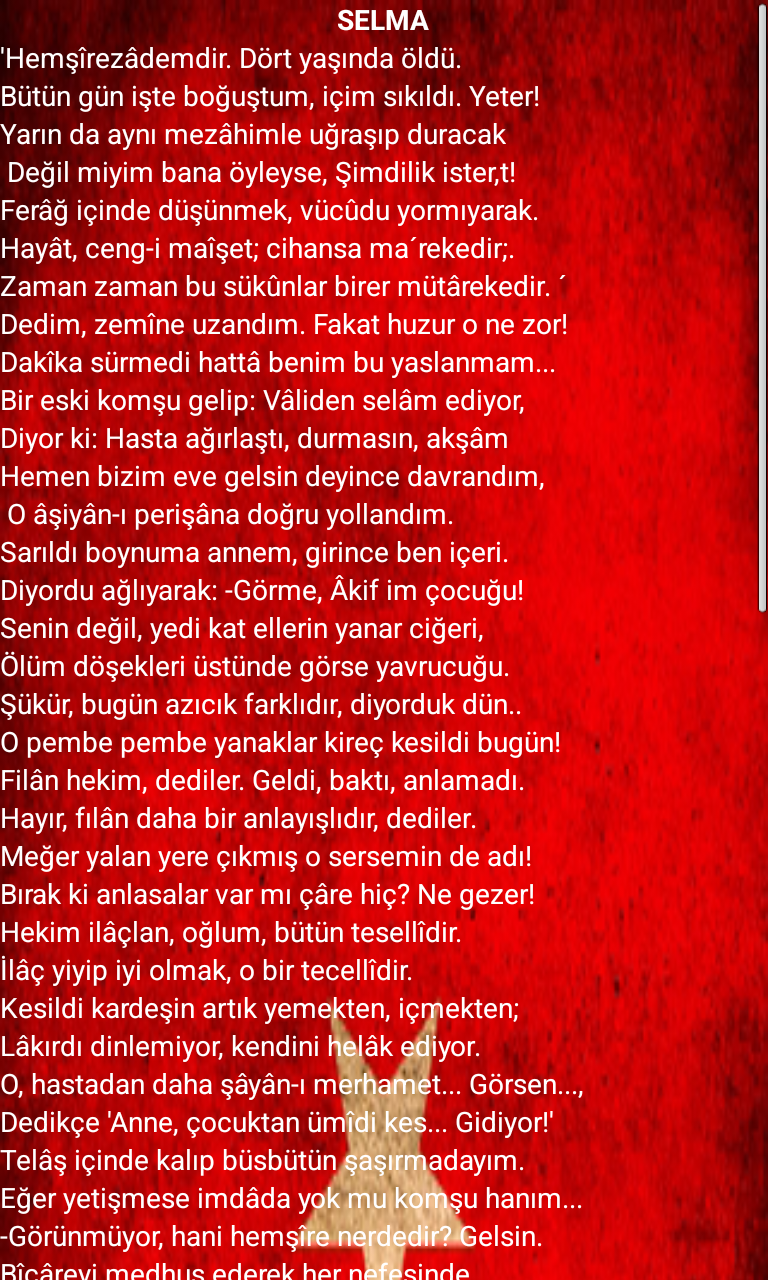
Repository: dokayazilim/Safahat-Android--Uygulamasi
Layout: safahat(android)/Safahat/res/layout/kitap12.xml
The author's editor kept a copy of each file at every save. The layout is drawn from the files as they stood at one save, then again after the next save.
It is drawn on a 768 x 1280 px phone screen (xhdpi) without system bars, with theme android:Theme; the app's code is not run.

Above is the layout before, as saved 2012-09-06 12:56:53.

### safahat(android)/Safahat/res/layout/kitap12.xml
<?xml version="1.0" encoding="utf-8"?>
<ScrollView    android:id="@+id/widget1"    android:layout_width="fill_parent"    android:layout_height="fill_parent"    xmlns:android="http://schemas.android.com/apk/res/android"    >
<LinearLayout xmlns:android="http://schemas.android.com/apk/res/android"
    android:layout_width="fill_parent"
    android:layout_height="fill_parent"
    android:orientation="vertical" android:background="@drawable/androidturk">

  <TextView
        android:id="@+id/textView1"
        android:layout_width="wrap_content"
        android:layout_height="wrap_content"
        android:text="SELMA" android:textColor="#ffffff" android:textStyle="bold" android:layout_gravity="center"/>
<TextView
        android:id="@+id/textView2"
        android:layout_width="wrap_content"
        android:layout_height="wrap_content"
        android:text="'Hemşîrezâdemdir. Dört yaşında öldü. " android:textColor="#ffffff"/>
<TextView
        android:id="@+id/textView3"
        android:layout_width="wrap_content"
        android:layout_height="wrap_content"
        android:text="Bütün gün işte boğuştum, içim sıkıldı. Yeter!" android:textColor="#ffffff"/>
<TextView
        android:id="@+id/textView4"
        android:layout_width="wrap_content"
        android:layout_height="wrap_content"
        android:text="Yarın da aynı mezâhimle uğraşıp duracak" android:textColor="#ffffff"/>
<TextView
        android:id="@+id/textView5"
        android:layout_width="wrap_content"
        android:layout_height="wrap_content"
        android:text="
Değil miyim bana öyleyse, Şimdilik ister,t!
" android:textColor="#ffffff"/>
<TextView
        android:id="@+id/textView6"
        android:layout_width="wrap_content"
        android:layout_height="wrap_content"
        android:text="Ferâğ içinde düşünmek, vücûdu yormıyarak." android:textColor="#ffffff"/>
<TextView
        android:id="@+id/textView7"
        android:layout_width="wrap_content"
        android:layout_height="wrap_content"
        android:text="Hayât, ceng-i maîşet; cihansa ma´rekedir;." android:textColor="#ffffff"/>
<TextView
        android:id="@+id/textView8"
        android:layout_width="wrap_content"
        android:layout_height="wrap_content"
        android:text="Zaman zaman bu sükûnlar birer mütârekedir. ´" android:textColor="#ffffff"/>
<TextView
        android:id="@+id/textView9"
        android:layout_width="wrap_content"
        android:layout_height="wrap_content"
        android:text="Dedim, zemîne uzandım. Fakat huzur o ne zor!" android:textColor="#ffffff"/>
<TextView
        android:id="@+id/textView10"
        android:layout_width="wrap_content"
        android:layout_height="wrap_content"
        android:text="Dakîka sürmedi hattâ benim bu yaslanmam..." android:textColor="#ffffff"/>
<TextView
        android:id="@+id/textView11"
        android:layout_width="wrap_content"
        android:layout_height="wrap_content"
        android:text="Bir eski komşu gelip: Vâliden selâm ediyor," android:textColor="#ffffff"/>
<TextView
        android:id="@+id/textView12"
        android:layout_width="wrap_content"
        android:layout_height="wrap_content"
        android:text="Diyor ki: Hasta ağırlaştı, durmasın, akşâm" android:textColor="#ffffff"/>
<TextView
        android:id="@+id/textView13"
        android:layout_width="wrap_content"
        android:layout_height="wrap_content"
        android:text="Hemen bizim eve gelsin deyince davrandım," android:textColor="#ffffff"/>
<TextView
        android:id="@+id/textView14"
        android:layout_width="wrap_content"
        android:layout_height="wrap_content"
        android:text="
O âşiyân-ı perişâna doğru yollandım.
" android:textColor="#ffffff"/>
<TextView
        android:id="@+id/textView15"
        android:layout_width="wrap_content"
        android:layout_height="wrap_content"
        android:text="Sarıldı boynuma annem, girince ben içeri." android:textColor="#ffffff"/>
<TextView
        android:id="@+id/textView16"
        android:layout_width="wrap_content"
        android:layout_height="wrap_content"
        android:text="Diyordu ağlıyarak: -Görme, Âkif im çocuğu!" android:textColor="#ffffff"/>
<TextView
        android:id="@+id/textView17"
        android:layout_width="wrap_content"
        android:layout_height="wrap_content"
        android:text="Senin değil, yedi kat ellerin yanar ciğeri," android:textColor="#ffffff"/>
<TextView
        android:id="@+id/textView18"
        android:layout_width="wrap_content"
        android:layout_height="wrap_content"
        android:text="Ölüm döşekleri üstünde görse yavrucuğu." android:textColor="#ffffff"/>
<TextView
        android:id="@+id/textView19"
        android:layout_width="wrap_content"
        android:layout_height="wrap_content"
        android:text="Şükür, bugün azıcık farklıdır, diyorduk dün.." android:textColor="#ffffff"/>
<TextView
        android:id="@+id/textView20"
        android:layout_width="wrap_content"
        android:layout_height="wrap_content"
        android:text="O pembe pembe yanaklar kireç kesildi bugün!" android:textColor="#ffffff"/>
<TextView
        android:id="@+id/textView21"
        android:layout_width="wrap_content"
        android:layout_height="wrap_content"
        android:text="Filân hekim, dediler. Geldi, baktı, anlamadı." android:textColor="#ffffff"/>
<TextView
        android:id="@+id/textView22"
        android:layout_width="wrap_content"
        android:layout_height="wrap_content"
        android:text="Hayır, fılân daha bir anlayışlıdır, dediler." android:textColor="#ffffff"/>
<TextView
        android:id="@+id/textView23"
        android:layout_width="wrap_content"
        android:layout_height="wrap_content"
        android:text="Meğer yalan yere çıkmış o sersemin de adı!" android:textColor="#ffffff"/>
<TextView
        android:id="@+id/textView24"
        android:layout_width="wrap_content"
        android:layout_height="wrap_content"
        android:text="Bırak ki anlasalar var mı çâre hiç? Ne gezer!" android:textColor="#ffffff"/>
<TextView
        android:id="@+id/textView25"
        android:layout_width="wrap_content"
        android:layout_height="wrap_content"
        android:text="Hekim ilâçlan, oğlum, bütün tesellîdir." android:textColor="#ffffff"/>
<TextView
        android:id="@+id/textView26"
        android:layout_width="wrap_content"
        android:layout_height="wrap_content"
        android:text="İlâç yiyip iyi olmak, o bir tecellîdir." android:textColor="#ffffff"/>
<TextView
        android:id="@+id/textView27"
        android:layout_width="wrap_content"
        android:layout_height="wrap_content"
        android:text="Kesildi kardeşin artık yemekten, içmekten;" android:textColor="#ffffff"/>
<TextView
        android:id="@+id/textView28"
        android:layout_width="wrap_content"
        android:layout_height="wrap_content"
        android:text="Lâkırdı dinlemiyor, kendini helâk ediyor." android:textColor="#ffffff"/>
<TextView
        android:id="@+id/textView29"
        android:layout_width="wrap_content"
        android:layout_height="wrap_content"
        android:text="O, hastadan daha şâyân-ı merhamet... Görsen...," android:textColor="#ffffff"/>
<TextView
        android:id="@+id/textView30"
        android:layout_width="wrap_content"
        android:layout_height="wrap_content"
        android:text="Dedikçe 'Anne, çocuktan ümîdi kes... Gidiyor!'" android:textColor="#ffffff"/>
<TextView
        android:id="@+id/textView31"
        android:layout_width="wrap_content"
        android:layout_height="wrap_content"
        android:text="Telâş içinde kalıp büsbütün şaşırmadayım." android:textColor="#ffffff"/>
<TextView
        android:id="@+id/textView32"
        android:layout_width="wrap_content"
        android:layout_height="wrap_content"
        android:text="Eğer yetişmese imdâda yok mu komşu hanım..." android:textColor="#ffffff"/>
<TextView
        android:id="@+id/textView33"
        android:layout_width="wrap_content"
        android:layout_height="wrap_content"
        android:text="-Görünmüyor, hani hemşîre nerdedir? Gelsin." android:textColor="#ffffff"/>
<TextView
        android:id="@+id/textView34"
        android:layout_width="wrap_content"
        android:layout_height="wrap_content"
        android:text="Bîçâreyi medhuş ederek her nefesinde," android:textColor="#ffffff"/>
<TextView
        android:id="@+id/textView35"
        android:layout_width="wrap_content"
        android:layout_height="wrap_content"
        android:text="Muztar bırakır mün'adim olmak hevesinde." android:textColor="#ffffff"/>
<TextView
        android:id="@+id/textView36"
        android:layout_width="wrap_content"
        android:layout_height="wrap_content"
        android:text="Lâkin bu heves bir heves-i dîgere mağlûb:" android:textColor="#ffffff"/>
<TextView
        android:id="@+id/textView37"
        android:layout_width="wrap_content"
        android:layout_height="wrap_content"
        android:text="İnsan yaşamak hırs-ı cibillîsine meclûb." android:textColor="#ffffff"/>
<TextView
        android:id="@+id/textView38"
        android:layout_width="wrap_content"
        android:layout_height="wrap_content"
        android:text="Her devresi bir devr-i azâb olsa hayâtın," android:textColor="#ffffff"/>
<TextView
        android:id="@+id/textView39"
        android:layout_width="wrap_content"
        android:layout_height="wrap_content"
        android:text="Râzîsi değildir yine bir türlü memâtın!" android:textColor="#ffffff"/>
<TextView
        android:id="@+id/textView40"
        android:layout_width="wrap_content"
        android:layout_height="wrap_content"
        android:text="Ömr olsa da binlerce tekâlif ile meşhûn," android:textColor="#ffffff"/>
<TextView
        android:id="@+id/textView41"
        android:layout_width="wrap_content"
        android:layout_height="wrap_content"
        android:text="İnsan yaşamaktan yine memnun, yine memnun!" android:textColor="#ffffff"/>
<TextView
        android:id="@+id/textView42"
        android:layout_width="wrap_content"
        android:layout_height="wrap_content"
        android:text="Artık neye mevkûf ise te'mîn-i bekâsı," android:textColor="#ffffff"/>
<TextView
        android:id="@+id/textView43"
        android:layout_width="wrap_content"
        android:layout_height="wrap_content"
        android:text="
Yalnız ona masrûf olur âvâre kuvâsı.
" android:textColor="#ffffff"/>
<TextView
        android:id="@+id/textView44"
        android:layout_width="wrap_content"
        android:layout_height="wrap_content"
        android:text="
Durmaz boğuşur bunca muhâcimlere rağmen,
" android:textColor="#ffffff"/>
<TextView
        android:id="@+id/textView45"
        android:layout_width="wrap_content"
        android:layout_height="wrap_content"
        android:text="Düşmez o mesâî denilen seyfı elinden." android:textColor="#ffffff"/>
<TextView
        android:id="@+id/textView46"
        android:layout_width="wrap_content"
        android:layout_height="wrap_content"
        android:text="Çıplaktır o, ister ki soğuklarda ısınsın;" android:textColor="#ffffff"/>
<TextView
        android:id="@+id/textView47"
        android:layout_width="wrap_content"
        android:layout_height="wrap_content"
        android:text="Bir dam çatarak her gece altında barınsın."

 android:textColor="#ffffff"/>
<TextView
        android:id="@+id/textView48"
        android:layout_width="wrap_content"
        android:layout_height="wrap_content"
        android:text="
İster yiyecek şey, giyecek şey, yakacak şey ..
" android:textColor="#ffffff"/>
<TextView
        android:id="@+id/textView49"
        android:layout_width="wrap_content"
        android:layout_height="wrap_content"
        android:text="Bin türlü havâic daha var bunlara der pey." android:textColor="#ffffff"/>
<TextView
        android:id="@+id/textView50"
        android:layout_width="wrap_content"
        android:layout_height="wrap_content"
        android:text="Âvâre beşer işte bu bâzâr-ı cihanda," android:textColor="#ffffff"/>
<TextView
        android:id="@+id/textView51"
        android:layout_width="wrap_content"
        android:layout_height="wrap_content"
        android:text="Her gün yeni bir kâr peşinden cevelânda." android:textColor="#ffffff"/>
<TextView
        android:id="@+id/textView52"
        android:layout_width="wrap_content"
        android:layout_height="wrap_content"
        android:text="
Maksad bu kadar dağdağadan bir yaşamaktır...
" android:textColor="#ffffff"/>
<TextView
        android:id="@+id/textView53"
        android:layout_width="wrap_content"
        android:layout_height="wrap_content"
        android:text="Lâkin bunun altında ne maksad olacaktır?" android:textColor="#ffffff"/>
<TextView
        android:id="@+id/textView54"
        android:layout_width="wrap_content"
        android:layout_height="wrap_content"
        android:text="Heyhât, onu idrâk için i'mâl-i hayâle" android:textColor="#ffffff"/>
<TextView
        android:id="@+id/textView55"
        android:layout_width="wrap_content"
        android:layout_height="wrap_content"
        android:text="Yok vakti: Bütün demleri mevkûf cidâle!" android:textColor="#ffffff"/>
<TextView
        android:id="@+id/textView56"
        android:layout_width="wrap_content"
        android:layout_height="wrap_content"
        android:text="İnsan ki onun rûh ile insanlığı kâim," android:textColor="#ffffff"/>
<TextView
        android:id="@+id/textView57"
        android:layout_width="wrap_content"
        android:layout_height="wrap_content"
        android:text="Dâim oluyon cisminin âmâline hâdim;

" android:textColor="#ffffff"/>
<TextView
        android:id="@+id/textView58"
        android:layout_width="wrap_content"
        android:layout_height="wrap_content"
        android:text="Gelseydi eğer rûhunu i'lâya da nevbet," android:textColor="#ffffff"/>
<TextView
        android:id="@+id/textView59"
        android:layout_width="wrap_content"
        android:layout_height="wrap_content"
        android:text="Anlardı nedir, belki, hayâtındaki gâyet." android:textColor="#ffffff"/>
<TextView
        android:id="@+id/textView60"
        android:layout_width="wrap_content"
        android:layout_height="wrap_content"
        android:text="Bir anladığım varsa şudur: Hâlik-ı âlem," android:textColor="#ffffff"/>
<TextView
        android:id="@+id/textView61"
        android:layout_width="wrap_content"
        android:layout_height="wrap_content"
        android:text="Hilkat kalıversin, diye bir ukde-i mübhem," android:textColor="#ffffff"/>
<TextView
        android:id="@+id/textView62"
        android:layout_width="wrap_content"
        android:layout_height="wrap_content"
        android:text="
Daldırmada insanları hâcât-ı hayâta,
" android:textColor="#ffffff"/>
<TextView
        android:id="@+id/textView63"
        android:layout_width="wrap_content"
        android:layout_height="wrap_content"
        android:text="Döndürmede ezhânı bütün başka cihâta." android:textColor="#ffffff"/>
<TextView
        android:id="@+id/textView64"
        android:layout_width="wrap_content"
        android:layout_height="wrap_content"
        android:text="Ömrün öteden berk-süvârâne şitâbı," android:textColor="#ffffff"/>
<TextView
        android:id="@+id/textView65"
        android:layout_width="wrap_content"
        android:layout_height="wrap_content"
        android:text="Iyşin beriden lâzım-ı bî-hadd ü hesâbı," android:textColor="#ffffff"/>
<TextView
        android:id="@+id/textView66"
        android:layout_width="wrap_content"
        android:layout_height="wrap_content"
        android:text="
Göstermede dünyâya, nedir maksad-ı Hâlik...
" android:textColor="#ffffff"/>
<TextView
        android:id="@+id/textView67"
        android:layout_width="wrap_content"
        android:layout_height="wrap_content"
        android:text="'Kimden kime şekvâ edelim biz de şaşırdık!'" android:textColor="#ffffff"/>
<TextView
        android:id="@+id/textView68"
        android:layout_width="wrap_content"
        android:layout_height="wrap_content"
        android:text="'Değerli ömrüm, yazın ne yiyeyim kışın," android:textColor="#ffffff"/>
<TextView
        android:id="@+id/textView69"
        android:layout_width="wrap_content"
        android:layout_height="wrap_content"
        android:text=" Ne giyeyim derken harcandı gitti.'" android:textColor="#ffffff"/>
<TextView
        android:id="@+id/textView70"
        android:layout_width="wrap_content"
        android:layout_height="wrap_content"
        android:text="Mehmet Akif ERSOY" android:textColor="#ffffff" android:textStyle="bold"/>
</LinearLayout>
</ScrollView>

After the next save:
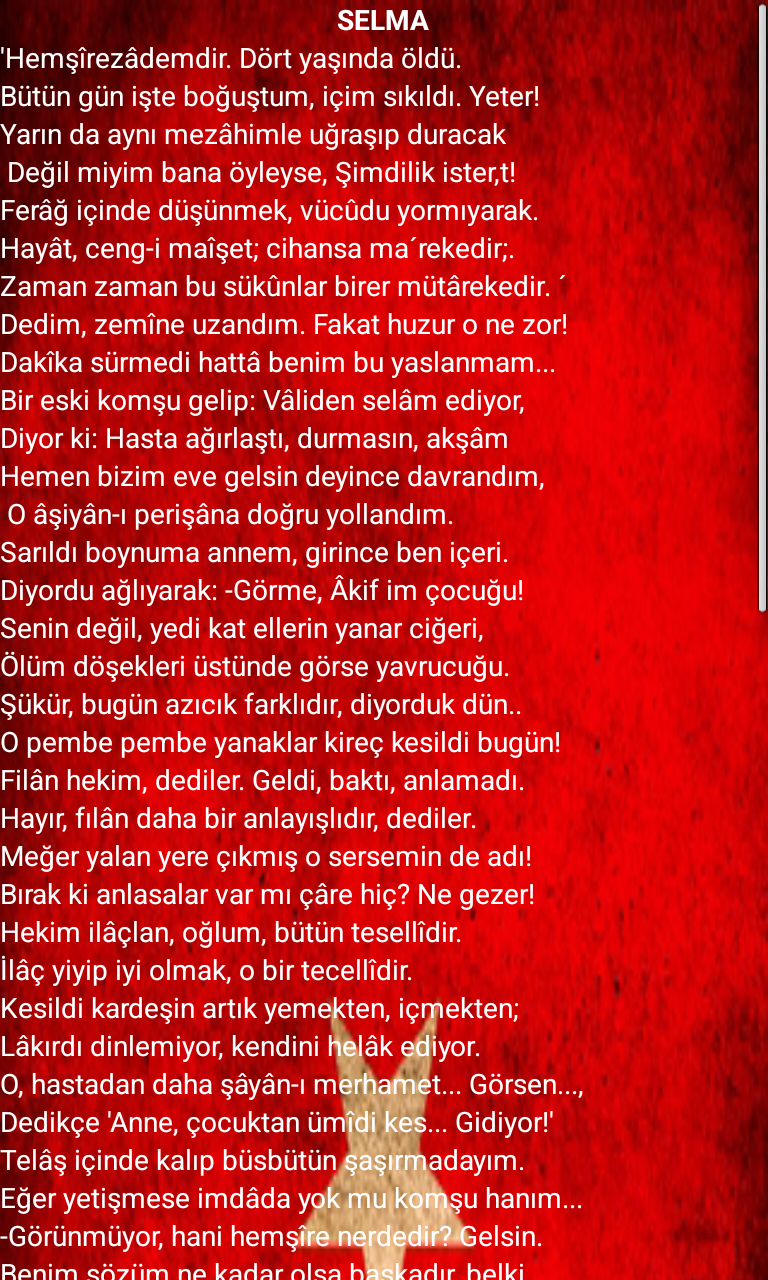
Saved 2 min 40 s later.
--- a/safahat(android)/Safahat/res/layout/kitap12.xml
+++ b/safahat(android)/Safahat/res/layout/kitap12.xml
@@ -178,76 +178,76 @@ O âşiyân-ı perişâna doğru yollandım.
         android:id="@+id/textView34"
         android:layout_width="wrap_content"
         android:layout_height="wrap_content"
-        android:text="Bîçâreyi medhuş ederek her nefesinde," android:textColor="#ffffff"/>
+        android:text="Benim sözüm ne kadar olsa başkadır, belki" android:textColor="#ffffff"/>
 <TextView
         android:id="@+id/textView35"
         android:layout_width="wrap_content"
         android:layout_height="wrap_content"
-        android:text="Muztar bırakır mün'adim olmak hevesinde." android:textColor="#ffffff"/>
+        android:text="Biraz bulurdu teselli..." android:textColor="#ffffff"/>
 <TextView
         android:id="@+id/textView36"
         android:layout_width="wrap_content"
         android:layout_height="wrap_content"
-        android:text="Lâkin bu heves bir heves-i dîgere mağlûb:" android:textColor="#ffffff"/>
+        android:text="- Nasıl da söylersin!" android:textColor="#ffffff"/>
 <TextView
         android:id="@+id/textView37"
         android:layout_width="wrap_content"
         android:layout_height="wrap_content"
-        android:text="İnsan yaşamak hırs-ı cibillîsine meclûb." android:textColor="#ffffff"/>
+        android:text="Lâkırdı kâr edecek kim Duyar mı hiç beriki" android:textColor="#ffffff"/>
 <TextView
         android:id="@+id/textView38"
         android:layout_width="wrap_content"
         android:layout_height="wrap_content"
-        android:text="Her devresi bir devr-i azâb olsa hayâtın," android:textColor="#ffffff"/>
+        android:text="Kolay bir iç mi Senin anne olduğun var mı" android:textColor="#ffffff"/>
 <TextView
         android:id="@+id/textView39"
         android:layout_width="wrap_content"
         android:layout_height="wrap_content"
-        android:text="Râzîsi değildir yine bir türlü memâtın!" android:textColor="#ffffff"/>
+        android:text="Çocuk o halde iken anne sözden anlar mı" android:textColor="#ffffff"/>
 <TextView
         android:id="@+id/textView40"
         android:layout_width="wrap_content"
         android:layout_height="wrap_content"
-        android:text="Ömr olsa da binlerce tekâlif ile meşhûn," android:textColor="#ffffff"/>
+        android:text="Bu hem kaçıncı felâket Beşinci! Yâ Rabbi," android:textColor="#ffffff"/>
 <TextView
         android:id="@+id/textView41"
         android:layout_width="wrap_content"
         android:layout_height="wrap_content"
-        android:text="İnsan yaşamaktan yine memnun, yine memnun!" android:textColor="#ffffff"/>
+        android:text="Tamam beşinci seferdir ki kız ölüm görecek!" android:textColor="#ffffff"/>
 <TextView
         android:id="@+id/textView42"
         android:layout_width="wrap_content"
         android:layout_height="wrap_content"
-        android:text="Artık neye mevkûf ise te'mîn-i bekâsı," android:textColor="#ffffff"/>
+        android:text="Bu son ümîdi de şâyed giderse dördü gibi," android:textColor="#ffffff"/>
 <TextView
         android:id="@+id/textView43"
         android:layout_width="wrap_content"
         android:layout_height="wrap_content"
         android:text="
-Yalnız ona masrûf olur âvâre kuvâsı.
+Zavallı kendini vaktinden evvel öldürecek.
 " android:textColor="#ffffff"/>
 <TextView
         android:id="@+id/textView44"
         android:layout_width="wrap_content"
         android:layout_height="wrap_content"
         android:text="
-Durmaz boğuşur bunca muhâcimlere rağmen,
+Çıkıp da gör hele bir kerre şimdi Selmâ yı
 " android:textColor="#ffffff"/>
 <TextView
         android:id="@+id/textView45"
         android:layout_width="wrap_content"
         android:layout_height="wrap_content"
-        android:text="Düşmez o mesâî denilen seyfı elinden." android:textColor="#ffffff"/>
+        android:text="Ne hâle koydu felek git de bak o sîmâyı!" android:textColor="#ffffff"/>
 <TextView
         android:id="@+id/textView46"
         android:layout_width="wrap_content"
         android:layout_height="wrap_content"
-        android:text="Çıplaktır o, ister ki soğuklarda ısınsın;" android:textColor="#ffffff"/>
+        android:text="Sabahleyin dili, baktım, biraz ağırlaşıyor..." android:textColor="#ffffff"/>
 <TextView
         android:id="@+id/textView47"
         android:layout_width="wrap_content"
         android:layout_height="wrap_content"
-        android:text="Bir dam çatarak her gece altında barınsın."
+        android:text="Melil melil bakıyor şimdi bülbül evlâdım!"
 
  android:textColor="#ffffff"/>
 <TextView
@@ -255,23 +255,23 @@ Durmaz boğuşur bunca muhâcimlere rağmen,
         android:layout_width="wrap_content"
         android:layout_height="wrap_content"
         android:text="
-İster yiyecek şey, giyecek şey, yakacak şey ..
+Ne zâlim illet imiş: Bir çocukla uğraşıyor...
 " android:textColor="#ffffff"/>
 <TextView
         android:id="@+id/textView49"
         android:layout_width="wrap_content"
         android:layout_height="wrap_content"
-        android:text="Bin türlü havâic daha var bunlara der pey." android:textColor="#ffffff"/>
+        android:text="O olmasaydı da ben keşke hasta olsaydım." android:textColor="#ffffff"/>
 <TextView
         android:id="@+id/textView50"
         android:layout_width="wrap_content"
         android:layout_height="wrap_content"
-        android:text="Âvâre beşer işte bu bâzâr-ı cihanda," android:textColor="#ffffff"/>
+        android:text="Şikâyet olmasın amma tahammülüm bitti..." android:textColor="#ffffff"/>
 <TextView
         android:id="@+id/textView51"
         android:layout_width="wrap_content"
         android:layout_height="wrap_content"
-        android:text="Her gün yeni bir kâr peşinden cevelânda." android:textColor="#ffffff"/>
+        android:text="Günaha girmedeyim durmuşum da bak şimdi!" android:textColor="#ffffff"/>
 <TextView
         android:id="@+id/textView52"
         android:layout_width="wrap_content"
